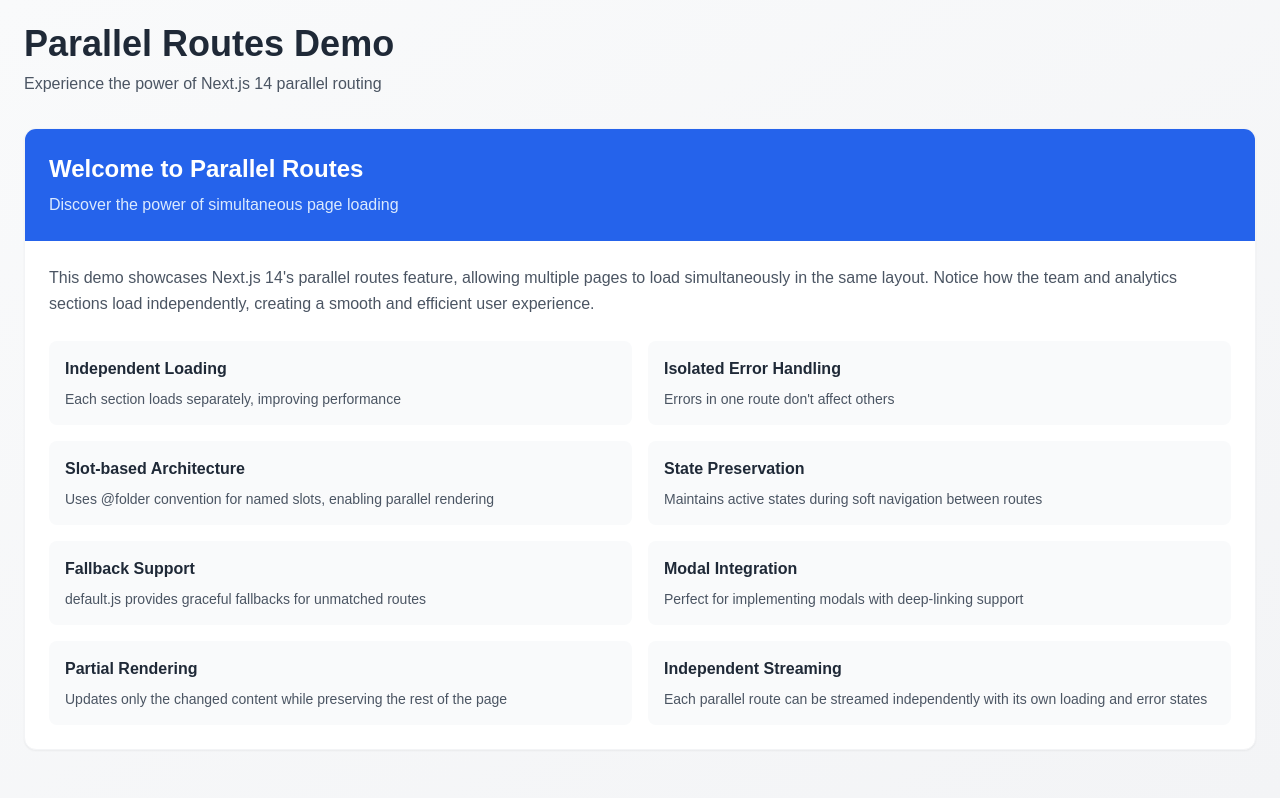
Repository: Dark-Developer93/parallel-routes
Page: /
The author's editor kept a copy of each file at every save. The page is drawn from the files as they stood at one save, then again after the next save.
The browser window is 1280 px wide. The pictures show the whole page.
The project was rebuilt for these pictures with package versions that can differ from the ones it lists, and the page was loaded fresh each time. The framework's server and built-in components were replaced by stand-ins that run in the browser. Also part of the build but not shown: next.config.ts.

Above is the page before, as saved 2024-12-12 14:59:42.

After the next save:
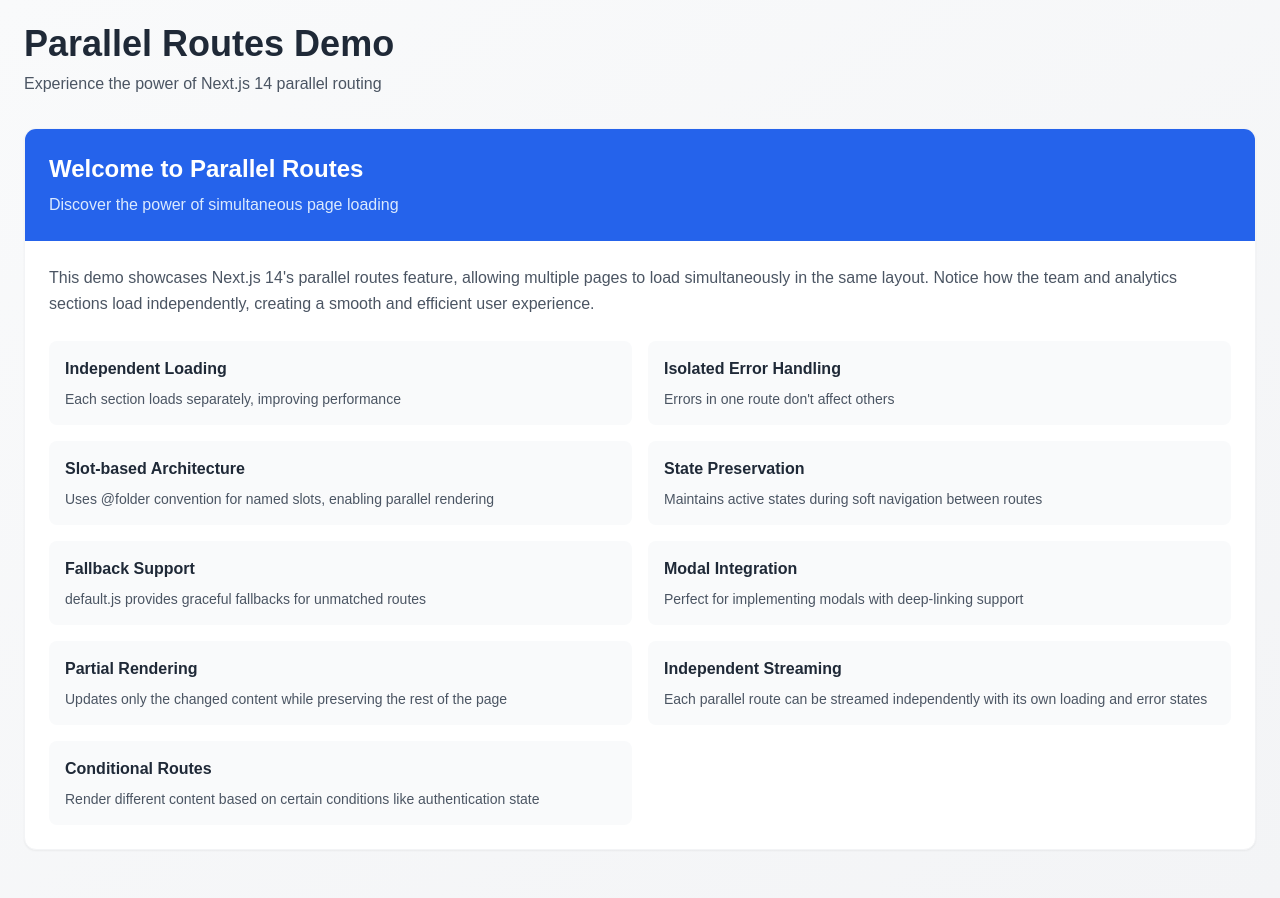
Saved 67 s later.
--- a/src/app/page.tsx
+++ b/src/app/page.tsx
@@ -86,6 +86,15 @@
                 loading and error states
               </p>
             </div>
+            <div className="bg-gray-50 p-4 rounded-lg">
+              <h3 className="font-semibold text-gray-800 mb-2">
+                Conditional Routes
+              </h3>
+              <p className="text-sm text-gray-600">
+                Render different content based on certain conditions like
+                authentication state
+              </p>
+            </div>
           </div>
         </div>
       </div>
